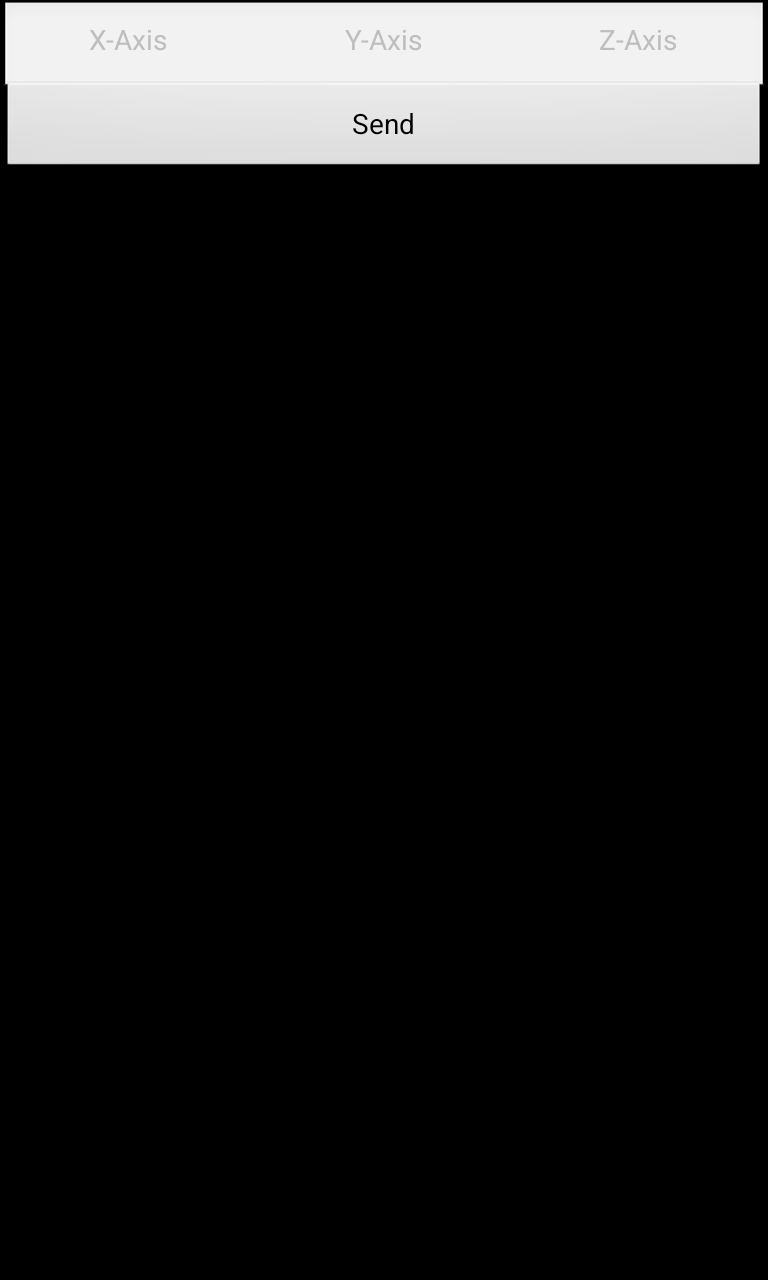
Repository: faithful91/Robot_Project
Layout: RemoteBluetooth/res/layout/main.xml
An editor plug-in stored every save of this project. The layout is shown before and after the next save, followed by the edit.
It is drawn on a 768 x 1280 px phone screen (xhdpi) without system bars, with theme android:Theme; the app's code is not run.

Above is the layout before, as saved 2014-03-04 15:36:54.

After the next save:
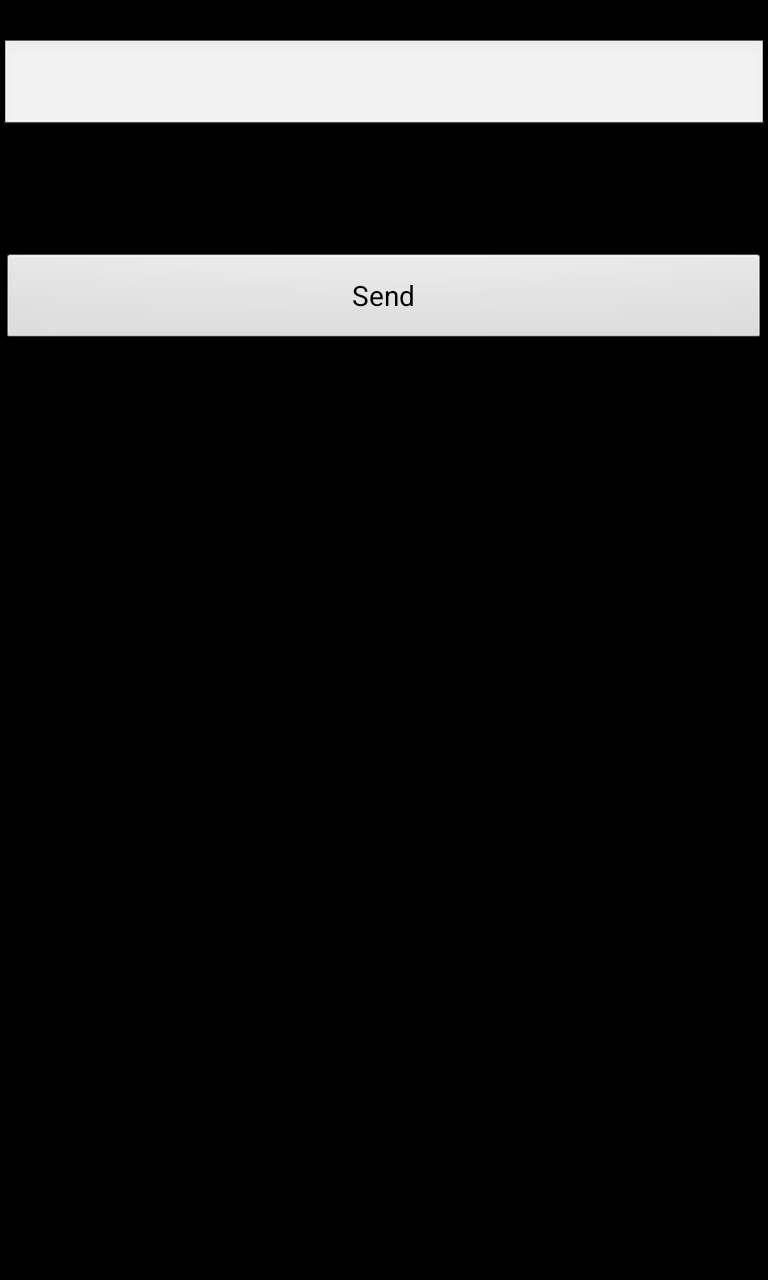
Saved 34 s later.
--- a/RemoteBluetooth/res/layout/main.xml
+++ b/RemoteBluetooth/res/layout/main.xml
@@ -1,11 +1,12 @@
-<RelativeLayout xmlns:android="http://schemas.android.com/apk/res/android"
-    xmlns:tools="http://schemas.android.com/tools"
-    android:layout_width="match_parent"
-    android:layout_height="match_parent"
+<?xml version="1.0" encoding="utf-8"?>
+<LinearLayout xmlns:android="http://schemas.android.com/apk/res/android"
+    android:orientation="vertical"
+    android:layout_width="fill_parent"
+    android:layout_height="fill_parent"
+    >
 
-    tools:context=".AndroidClient" >
 
-    <TextView
+     <TextView
     android:layout_width="fill_parent"
     android:layout_height="wrap_content"
     />
@@ -29,48 +30,4 @@
     android:layout_marginTop="40dp"
     android:text="Send" />
 
-<TableLayout
-		android:paddingTop="10dip"
-		android:layout_width="fill_parent"
-		android:layout_height="wrap_content"
-		android:stretchColumns="*">
-		<TableRow>
-			<TextView
-	    		android:layout_width="wrap_content"
-	    		android:layout_height="wrap_content"
-	    		android:textSize="14sp"
-	    		android:text="X-Axis"
-	    		android:gravity="center"/>
-	    	<TextView
-	    		android:layout_width="wrap_content"
-	    		android:layout_height="wrap_content"
-	    		android:textSize="14sp"
-	    		android:text="Y-Axis"
-	    		android:gravity="center"/>
-	    	<TextView
-	    		android:layout_width="wrap_content"
-	    		android:layout_height="wrap_content"
-	    		android:textSize="14sp"
-	    		android:text="Z-Axis"
-	    		android:gravity="center"/>
-		</TableRow>
-		<TableRow>
-			<TextView
-	    		android:layout_width="wrap_content"
-	    		android:layout_height="wrap_content"
-	    		android:id="@+id/x_axis"
-	    		android:gravity="center"/>
-	    	<TextView
-	    		android:layout_width="wrap_content"
-	    		android:layout_height="wrap_content"
-	    		android:id="@+id/y_axis"
-	    		android:gravity="center"/>
-	    	<TextView
-	    		android:layout_width="wrap_content"
-	    		android:layout_height="wrap_content"
-	    		android:id="@+id/z_axis"
-	    		android:gravity="center"/>
-		</TableRow>
-	</TableLayout>
-
-</RelativeLayout>
+</LinearLayout>
